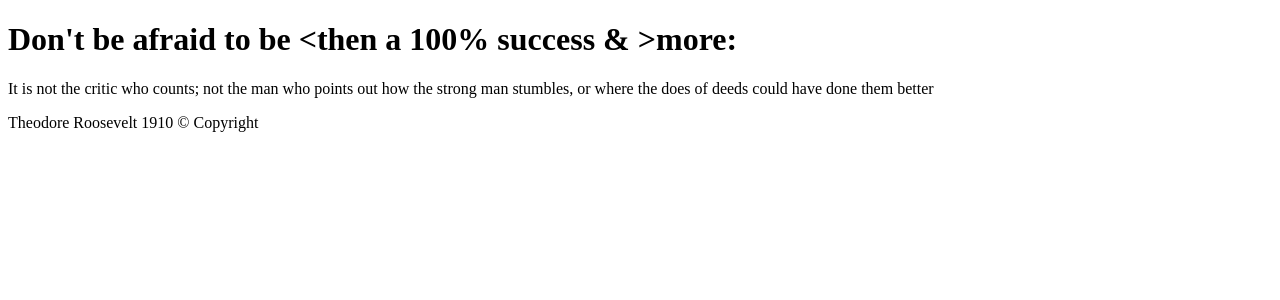
Repository: Koniya/my-coding-practices
Page: entities.html
The author's editor kept a copy of each file at every save. The page is drawn from the files as they stood at one save, then again after the next save.
The browser window is 1280 px wide. The pictures show the whole page.

Above is the page before, as saved 2024-01-27 16:22:46.

### entities.html
<!DOCTYPE html>
<html>
<head>
    <meta = charset="utf*8">
    <title> HTML Entities</title>
</head>
<body>
<h1> Don't be afraid to be &lt;then a 100% success &amp; &gt;more:</then></h1>
<p>
    It is not the critic who counts; not the man who points out how the strong man stumbles, or where the does of deeds could have done them better

</p>
<p> Theodore Roosevelt 1910 &copy; Copyright</p>
</body>
</html>

After the next save:
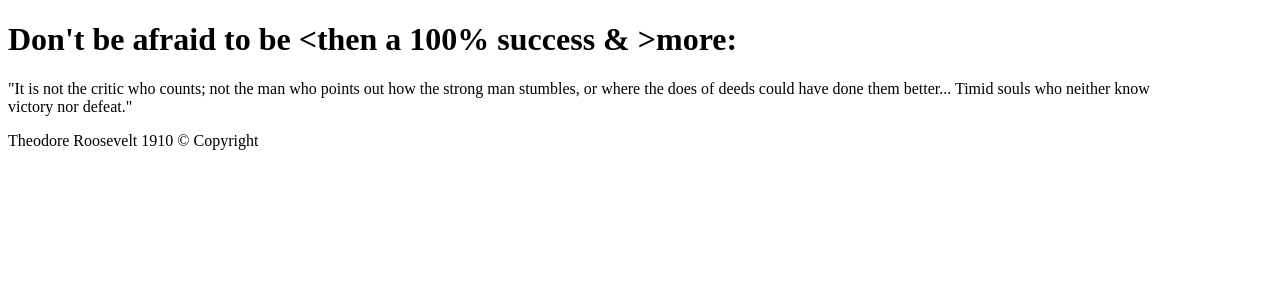
Saved 109 s later.
--- a/entities.html
+++ b/entities.html
@@ -7,7 +7,7 @@
 <body>
 <h1> Don't be afraid to be &lt;then a 100% success &amp; &gt;more:</then></h1>
 <p>
-    It is not the critic who counts; not the man who points out how the strong man stumbles, or where the does of deeds could have done them better
+    "It is not the critic who counts; not the man who points out how the strong man stumbles, or where the does of deeds could have done them better... Timid souls who neither know victory&nbsp;nor&nbsp;defeat."
 
 </p>
 <p> Theodore Roosevelt 1910 &copy; Copyright</p>
